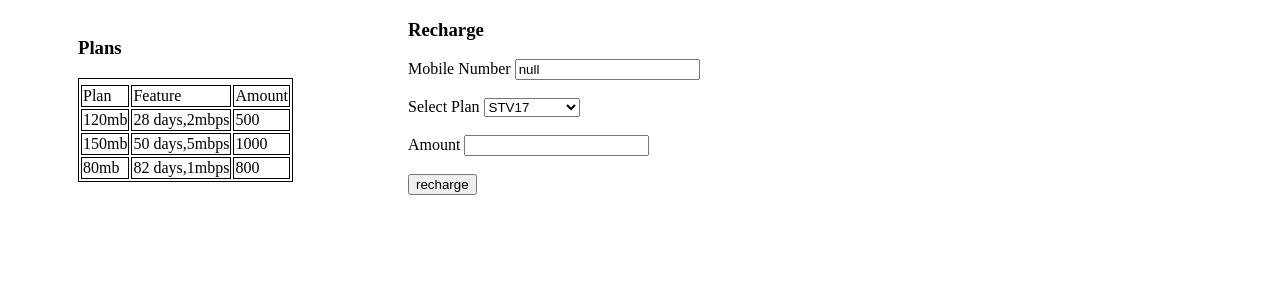
Repository: aishwarya-sankhla/JavaTraining
Page: http://localhost/RechargeAssignment/Plan.jsp
The author's editor kept a copy of each file at every save. The page is drawn from the files as they stood at one save, then again after the next save.
The browser window is 1280 px wide. The pictures show the whole page.
The page is served by Tomcat 9. Other server files are loaded and not shown.

Above is the page before, as saved 2018-10-08 10:41:54.

### RechargeAssignment/WebContent/Plan.jsp
<%@ page language="java" contentType="text/html; charset=ISO-8859-1"
    pageEncoding="ISO-8859-1" import="java.util.*,java.util.stream.*"%>
<!DOCTYPE html >
<html>
<head>
<meta http-equiv="Content-Type" content="text/html; charset=ISO-8859-1">
<title>Insert title here</title>
</head>
<style>
#left{
float:left;
margin-left:70px;
}
#right{
margin-left:400px;
}
table,td{
border: 1px solid black;
cell-spacing:60px;

}
</style>
<body>
	<div id="left" class="col-md-6">
	<h3>Plans</h3>
	<table>
		<th><tr>
			<td>Plan</td>
			<td>Feature</td>
			<td>Amount</td>
		</tr></th>
	<tr>
		<td>120mb</td>
		<td>28 days,2mbps</td>
		<td>500</td>
	</tr>
	<tr>
		<td>150mb</td>
		<td>50 days,5mbps</td>
		<td>1000</td>
	</tr>
	<tr>
		<td>80mb</td>
		<td>82 days,1mbps</td>
		<td>800</td>
	</tr>
	</table>
	</div>
<div id="right" class="col-md-6">
	<h3>Recharge</h3>
<form class="form" action="RechargeServlet">
	<label>Mobile Number</label>
	<input type="text" name="mobilenum" class="form-control" required="required" value="<%=mobileNumber %>"/><br /><br />
	<label>Select Plan</label>
	<select name="selectplan" class="form-control">
		<option value="STV17" <%if((plan!=null)&&plan.equals("STV17")){out.print("selected=selected");} %>>STV17</option>
		<option value="Roaming12" <%if((plan!=null)&&plan.equals("Roaming12")){out.print("selected=selected");} %>>Roaming12</option>
		<option value="STV333">STV333</option>
		<option value="STV156">STV156</option>
		<option value="ComboOffer">Combo offer</option>
	</select><br /><br />
	<label>Amount</label>
	<input type="text"  name="amt" class="form-control" required="required"/><br /><br />

	<input type="submit" value="recharge" class="btn btn-danger">
</form>
</div>
</body>

<%!String mobileNumber; %>
<%!String plan; %>
<%
Cookie[] ckys=request.getCookies();
if(ckys!=null && ckys.length>1){
	List<Cookie> list = Arrays.asList(ckys);
	List<String> ckysNames=list.stream().filter(cky->cky.getName().equals("mobileNumber")|| cky.getName().equals("plan")).map(Cookie::getValue).collect(Collectors.toList());

	if(ckysNames!=null){
	plan=ckysNames.get(1);
	mobileNumber=ckysNames.get(0);
	System.out.println(ckysNames.get(0));
	System.out.println(ckysNames.get(1));
	}
}

%>
</html>

After the next save:
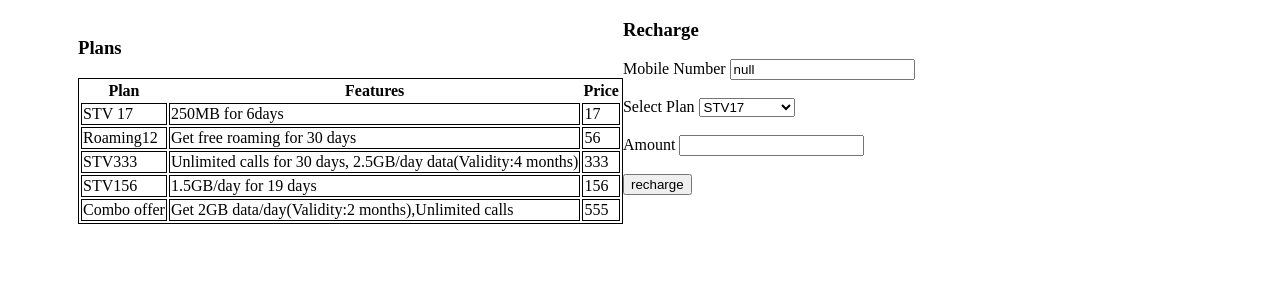
Saved 3 min 46 s later.
--- a/RechargeAssignment/WebContent/Plan.jsp
+++ b/RechargeAssignment/WebContent/Plan.jsp
@@ -24,26 +24,37 @@ cell-spacing:60px;
 	<div id="left" class="col-md-6">
 	<h3>Plans</h3>
 	<table>
-		<th><tr>
-			<td>Plan</td>
-			<td>Feature</td>
-			<td>Amount</td>
-		</tr></th>
-	<tr>
-		<td>120mb</td>
-		<td>28 days,2mbps</td>
-		<td>500</td>
-	</tr>
-	<tr>
-		<td>150mb</td>
-		<td>50 days,5mbps</td>
-		<td>1000</td>
-	</tr>
-	<tr>
-		<td>80mb</td>
-		<td>82 days,1mbps</td>
-		<td>800</td>
-	</tr>
+		<tr>
+    <th>Plan</th>
+    <th>Features</th>
+    <th>Price</th>
+  </tr>
+
+  <tr>
+    <td>STV 17</td>
+    <td>250MB for 6days</td>
+    <td>17</td>
+  </tr>
+  <tr>
+    <td>Roaming12</td>
+    <td>Get free roaming for 30 days</td>
+    <td>56</td>
+  </tr>
+  <tr>
+    <td>STV333</td>
+    <td>Unlimited calls for 30 days, 2.5GB/day data(Validity:4 months) </td>
+    <td>333</td>
+  </tr>
+  <tr>
+    <td>STV156</td>
+    <td>1.5GB/day for 19 days</td>
+    <td>156</td>
+  </tr>
+  <tr>
+    <td>Combo offer</td>
+    <td>Get 2GB data/day(Validity:2 months),Unlimited calls</td>
+    <td>555</td>
+  </tr>
 	</table>
 	</div>
 <div id="right" class="col-md-6">
@@ -55,9 +66,9 @@ cell-spacing:60px;
 	<select name="selectplan" class="form-control">
 		<option value="STV17" <%if((plan!=null)&&plan.equals("STV17")){out.print("selected=selected");} %>>STV17</option>
 		<option value="Roaming12" <%if((plan!=null)&&plan.equals("Roaming12")){out.print("selected=selected");} %>>Roaming12</option>
-		<option value="STV333">STV333</option>
-		<option value="STV156">STV156</option>
-		<option value="ComboOffer">Combo offer</option>
+		<option value="STV333" <%if((plan!=null)&&plan.equals("STV333")){out.print("selected=selected");} %>>STV333</option>
+		<option value="STV156" <%if((plan!=null)&&plan.equals("STV156")){out.print("selected=selected");} %>>STV156</option>
+		<option value="ComboOffer" <%if((plan!=null)&&plan.equals("ComboOffer")){out.print("selected=selected");} %>>Combo offer</option>
 	</select><br /><br />
 	<label>Amount</label>
 	<input type="text"  name="amt" class="form-control" required="required"/><br /><br />
